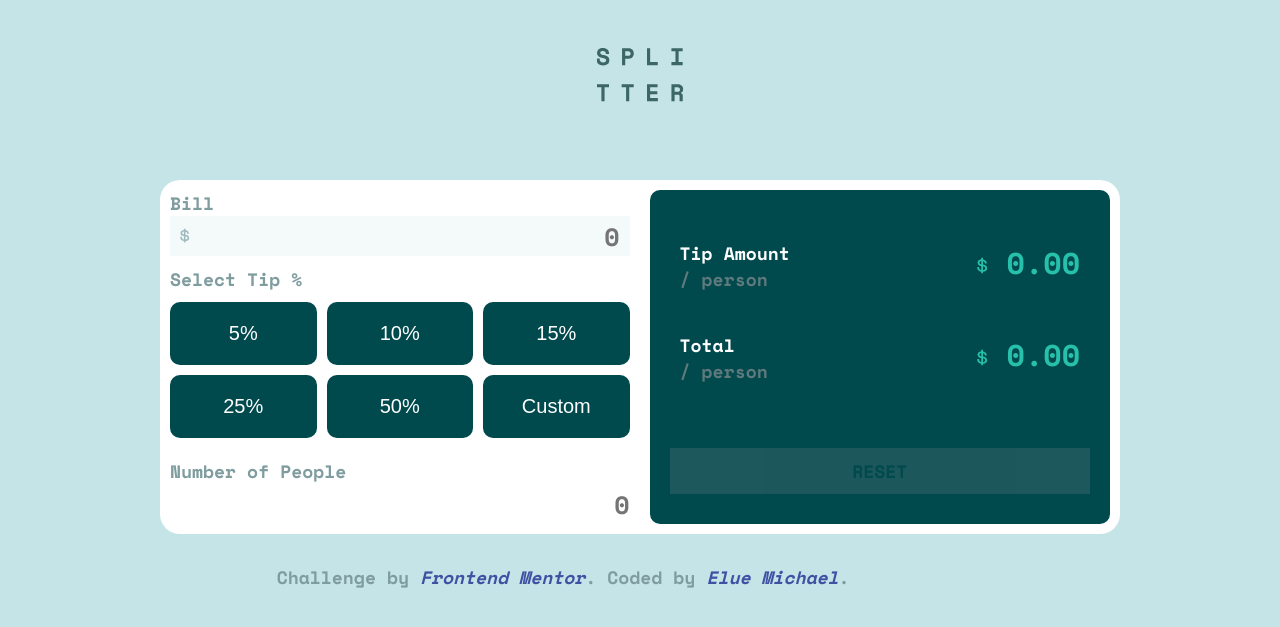
Repository: MeekyBerry/Frontend-Mentor-Challenges
Page: tip-calculator-app/index.html
An editor plug-in stored every save of this project. The page is shown before and after a run of saves, followed by the edit.
The browser window is 1280 px wide. The pictures show the whole page.

Above is the page before, as saved 2023-03-28 03:43:17.

### tip-calculator-app/index.html
<!DOCTYPE html>
<html lang="en">

<head>
  <meta charset="UTF-8">
  <meta name="viewport" content="width=device-width, initial-scale=1.0">
  <link rel="icon" type="image/png" sizes="32x32" href="./css/images/favicon-32x32.png">
  <title> Tip calculator app</title>
  <link rel="stylesheet" href="./css/style.css">
  <script src="./script.js" defer></script>
</head>

<body>
  <div class="heading-logo">
    <img src="./css/images/logo.svg" alt="Logo" class="logo">
  </div>

  <form id="form" class="background">
    <div class="first-container">
      <div class="bill-container">
        <label for="bill">Bill</label>
        <!-- <div class="icon-box"> -->
            <!-- <img src="./css/images/icon-dollar.svg" alt="Dollar Icon"> -->
          <input type="number" id="bill" placeholder="0" class="bill-input__img input-bar">
        <!-- </div> -->
      </div>

      <div class="tip">
        <div>Select Tip %</div>
        <div class="percent-container">
          <button type="button" class="percent five">5%</button>
          <button type="button" class="percent ten">10%</button>
          <button type="button" class="percent fiftheen">15%</button>
          <button type="button" class="percent twenty-five">25%</button>
          <button type="button" class="percent fifty">50%</button>
          <button type="button" class="percent custom" id="cst-btn">Custom</button>
        </div>
      </div <div>
      <label for="number">Number of People</label>
      <div class="icon-box">
        <!-- <div>
          <img src="./css/images/icon-person.svg" alt="Person Icon">
        </div> -->
        <input type="number" id="people" class="people-input__img input-bar" placeholder="0">
      </div>
    </div>
    </div>

    <div class="second-container">
      <div class="amount">
        <p>Tip Amount <span class="person">/ person</span></p>
        <div class="digit">
          <svg xmlns="http://www.w3.org/2000/svg" width="11" height="17">
            <path fill="var(--Strong-cyan)"
              d="M6.016 16.328v-1.464c1.232-.08 2.22-.444 2.964-1.092.744-.648 1.116-1.508 1.116-2.58v-.144c0-.992-.348-1.772-1.044-2.34-.696-.568-1.708-.932-3.036-1.092V4.184c.56.144 1.012.4 1.356.768.344.368.516.816.516 1.344v.288h1.824v-.432c0-.448-.088-.876-.264-1.284a3.783 3.783 0 00-.744-1.116A4.251 4.251 0 007.54 2.9a5.324 5.324 0 00-1.524-.492V.872H4.288V2.36a5.532 5.532 0 00-1.416.324c-.448.168-.84.392-1.176.672-.336.28-.604.616-.804 1.008-.2.392-.3.844-.3 1.356v.144c0 .96.316 1.708.948 2.244.632.536 1.548.884 2.748 1.044v3.912c-.704-.16-1.248-.472-1.632-.936-.384-.464-.576-1.08-.576-1.848v-.288H.256v.576c0 .464.08.924.24 1.38.16.456.404.88.732 1.272.328.392.744.728 1.248 1.008s1.108.476 1.812.588v1.512h1.728zM4.288 7.424c-.688-.128-1.164-.332-1.428-.612-.264-.28-.396-.644-.396-1.092 0-.464.176-.832.528-1.104.352-.272.784-.448 1.296-.528v3.336zm1.728 5.712V9.344c.768.128 1.328.328 1.68.6.352.272.528.688.528 1.248 0 .544-.196.984-.588 1.32-.392.336-.932.544-1.62.624z" />
          </svg>
          <span id="tip-amount">0.00</span>
        </div>
      </div>

      <div class="amount">
        <p>Total <span class="person">/ person</span></p>
        <div class="digit">
          <svg xmlns="http://www.w3.org/2000/svg" width="11" height="17">
            <path fill="var(--Strong-cyan)"
              d="M6.016 16.328v-1.464c1.232-.08 2.22-.444 2.964-1.092.744-.648 1.116-1.508 1.116-2.58v-.144c0-.992-.348-1.772-1.044-2.34-.696-.568-1.708-.932-3.036-1.092V4.184c.56.144 1.012.4 1.356.768.344.368.516.816.516 1.344v.288h1.824v-.432c0-.448-.088-.876-.264-1.284a3.783 3.783 0 00-.744-1.116A4.251 4.251 0 007.54 2.9a5.324 5.324 0 00-1.524-.492V.872H4.288V2.36a5.532 5.532 0 00-1.416.324c-.448.168-.84.392-1.176.672-.336.28-.604.616-.804 1.008-.2.392-.3.844-.3 1.356v.144c0 .96.316 1.708.948 2.244.632.536 1.548.884 2.748 1.044v3.912c-.704-.16-1.248-.472-1.632-.936-.384-.464-.576-1.08-.576-1.848v-.288H.256v.576c0 .464.08.924.24 1.38.16.456.404.88.732 1.272.328.392.744.728 1.248 1.008s1.108.476 1.812.588v1.512h1.728zM4.288 7.424c-.688-.128-1.164-.332-1.428-.612-.264-.28-.396-.644-.396-1.092 0-.464.176-.832.528-1.104.352-.272.784-.448 1.296-.528v3.336zm1.728 5.712V9.344c.768.128 1.328.328 1.68.6.352.272.528.688.528 1.248 0 .544-.196.984-.588 1.32-.392.336-.932.544-1.62.624z" />
          </svg>
          <span id="total-amount">0.00</span>
        </div>
      </div>
      <div class="btn-wrapper">
        <button type="reset" id="reset" class="btn">Reset</button>
      </div>
    </div>
  </form>

  <div class="attribution">
    Challenge by <a href="https://www.frontendmentor.io?ref=challenge" target="_blank">Frontend Mentor</a>.
    Coded by <a href="https://www.frontendmentor.io/profile/MeekyBerry" target="_blank">Elue Michael</a>.
  </div>
</body>

</html>

### tip-calculator-app/css/style.css
@import url("https://fonts.googleapis.com/css2?family=Space+Mono:wght@400;700&display=swap");

:root {
  /* ### Primary */
  --Strong-cyan: hsl(172, 67%, 45%);
  /* ### Neutral */
  --Very-dark-cyan: hsl(183, 100%, 15%);
  --Dark-grayish-cyan: hsl(186, 14%, 43%);
  --Grayish-cyan: hsl(184, 14%, 56%);
  --Light-grayish-cyan: hsl(185, 41%, 84%);
  --Very-light-grayish-cyan: hsl(189, 41%, 97%);
  --White: hsl(0, 0%, 100%);
  --dark-blue: hsl(228, 45%, 44%);
}

html {
  font-size: 50%;
}

*,
::before,
::after {
  margin: 0;
  padding: 0;
  box-sizing: border-box;
}

body {
  font-size: 1.8rem;
  font-family: "Space Mono", sans-serif;
  font-weight: 700;
  background-color: var(--Light-grayish-cyan);
  color: var(--Grayish-cyan);
  height: 100%;
  width: 100%;
}

.heading-logo {
  height: 15rem;
  width: 100%;
  position: relative;
}

.logo {
  position: absolute;
  top: 50%;
  left: 50%;
  transform: translate(-50%, -50%);
}

.background {
  display: flex;
  flex-direction: column;
  justify-content: space-around;
  background-color: var(--White);
  height: 80rem;
  width: 100%;
  border-radius: 2rem;
}

label {
  display: block;
}

.input-bar {
  width: 100%;
  height: 4rem;
  border: none;
  font-size: 2.5rem;
  font-family: "Space Mono", sans-serif;
  font-weight: 700;
  text-align: end;
}

.input-bar:focus {
  outline-color: var(--Strong-cyan);
}

.input-bar::placeholder {
  text-align: end;
}

.bill-input__img {
  background: url(../css/images/icon-dollar.svg) no-repeat;
  background-size: 1rem;
  background-position: 1rem;
  padding: 0 1rem 0 3rem;
  background-color: var(--Very-light-grayish-cyan);
}

/* Remove Arrows/Spinners ON INPUT */
input::-webkit-outer-spin-button,
input::-webkit-inner-spin-button {
  -webkit-appearance: none;
}

/* Firefox */
input[type="number"] {
  -moz-appearance: textfield;
}

.tip {
  padding: 1rem 0;
}

.percent-container {
  display: grid;
  grid-template-columns: repeat(2, 1fr);
  grid-template-rows: repeat(3, 1fr);
  grid-template-areas:
    "five ten"
    "fiftheen twentyFive"
    "fifty custom";
  gap: 1rem;
  padding: 1rem 0;
}

.percent {
  background-color: var(--Very-dark-cyan);
  color: var(--White);
  text-align: center;
  padding: 2rem;
  border-radius: 1rem;
  border: none;
  font-size: 2rem;
  width: 100%;
}

.percent:active {
  background-color: var(--Strong-cyan);
  color: var(--Very-dark-cyan);
  font-weight: 700;
}

.five {
  grid-area: five;
}

.ten {
  grid-area: ten;
}

.fiftheen {
  grid-area: fiftheen;
}

.twenty-five {
  grid-area: twentyFive;
}

.fifty {
  grid-area: fifty;
}

.custom {
  grid-area: custom;
}

.custom-input {
  background-color: var(--Very-light-grayish-cyan);
  color: var(--Very-dark-cyan);
  border: none;
  border-radius: 1rem;
  padding: 1rem;
  font-size: 2rem;
  font-weight: 700;
  text-align: center;
  width: 100%;
}

.custom-input:focus {
  outline-color: var(--Strong-cyan);
}

.second-container {
  background-color: var(--Very-dark-cyan);
  border-radius: 1rem;
  padding: 3rem 2rem;
}

.amount {
  display: flex;
  justify-content: space-between;
  padding: 2rem 1rem;
}

p {
  color: var(--White);
}

.person {
  display: block;
  font-size: 1.8rem;
  color: var(--Dark-grayish-cyan);
}

.digit {
  color: var(--Strong-cyan);
  font-size: 3rem;
}

.dollar {
  filter: var(--Strong-cyan);
}

.btn {
  width: 100%;
  padding: 1rem;
  background-color: var(--Dark-grayish-cyan);
  color: var(--Very-dark-cyan);
  border: none;
  text-transform: uppercase;
  font-size: 1.8rem;
  font-weight: 700;
  font-family: "Space Mono", sans-serif;
  opacity: 0.3;
}

.attribution {
  font-size: 1.8rem;
  text-align: center;
  width: 88%;
}

.attribution a {
  color: var(--dark-blue);
  text-decoration: none;
  font-style: italic;
}

@media only screen and (min-width: 1000px) {
  html {
    font-size: 62.5%;
  }

  .background {
    width: 75%;
    height: 75%;
    margin: 3rem auto;
    flex-direction: row;
    gap: 2rem;
    padding: 1rem;
  }

  .first-container {
    display: flex;
    flex-direction: column;
    justify-content: space-around;
    width: 50%;
  }

  .percent-container {
    grid-template-columns: repeat(3, 1fr);
    grid-template-rows: repeat(2, 1fr);
    grid-template-areas:
      "five ten fiftheen"
      "twentyFive fifty custom";
  }

  .second-container {
    display: flex;
    flex-direction: column;
    width: 50%;
  }

  .btn-wrapper {
    margin-top: auto;
  }
}

### tip-calculator-app/script.js
// 1. Get the bill amount from the input field
const billInput = document.getElementById('bill');
// 2. Get the tip percentage from the Button array
const tipButtons = document.querySelectorAll('.percent');
// 2.1. The percentage array contains a Custom button which toggles to input field when clicked
const customButton = document.querySelector('.custom');
// 2.2. Get the custom percentage from the input field
const customInput = document.createElement('input');
// Add style class to created customInput element
customInput.classList.add('custom-input');
// 3. Get the number of people from the input field
const peopleInput = document.getElementById('people')
// 4. Calculate the tip amount per person;
const tipAmountSpan = document.getElementById('tip-amount');
// 5. Calculate the total cost per person
const totalAmountSpan = document.getElementById('total-amount');
// 6. Display the tip amount per person
const resetButton = document.getElementById('reset');


let bill = 0;
let tipPercentage = 0;
let customPercentage = 0;
let people = 0;

let inputPeople = false;
let error = true;

// add input validation for bill and people fields
billInput.addEventListener('input', () => {
    bill = Number(billInput.value);
    calculateTip();
});

peopleInput.addEventListener('input', () => {
    people = Number(peopleInput.value);
    calculateTip();
});

// add event listeners for tip buttons
tipButtons.forEach(button => {
    button.addEventListener('click', () => {
        if (button.classList.contains('custom')) {
            customInput.type = 'number';
            customInput.min = 1;
            customInput.placeholder = 'Custom';
            customInput.value = '';
            customInput.classList.add('custom-input');
            button.parentNode.replaceChild(customInput, button);
            customInput.focus();
        } else {
            tipPercentage = Number(button.textContent.replace('%', ''));
            calculateTip();
        }
    });
});

// add event listener for custom input
customInput.addEventListener('input', () => {
    customPercentage = Number(customInput.value);
    calculateTip();
});

// add event listener for reset button
resetButton.addEventListener('click', () => {
    billInput.value = '';
    peopleInput.value = '';
    tipAmountSpan.textContent = '$0.00';
    totalAmountSpan.textContent = '$0.00';
    bill = 0;
    tipPercentage = 0;
    customPercentage = 0
    people = 0;
    customInput.parentNode.replaceChild(customButton, customInput);
});

// calculate tip and total amount
const calculateTip = () => {
    if (people > 0) {
        inputPeople = true;
        let tip = (bill * (tipPercentage + customPercentage)) / 100;
        let total = bill + tip;
        let tipPerPerson = tip / people;
        let totalPerPerson = total / people;
        tipAmountSpan.textContent = `$${tipPerPerson.toFixed(2)}`;
        totalAmountSpan.textContent = `$${totalPerPerson.toFixed(2)}`;
    }
};







// const BILL = document.querySelector('.bill-input');
// const TIP_PERCENT = document.querySelectorAll('.percent');
// const PEOPLE = document.querySelector('.number-input');
// const TOTAL_BILL = document.getElementById('total');
// const TIP_AMOUNT = document.getElementById('tip-amount');
// const CUSTOM = document.querySelector('.custom');
// const CUSTOM_BUTTON = document.getElementById('cst-btn')
// const CUSTOM_INPUT = document.getElementById('cst-input')
// const RESET = document.getElementById('reset');

// let billValue;
// let person;
// let customValue;
// let custom = 0;

// let myArray = [5, 10, 15, 25, 50, custom];
// let tipAmount = 0;

// let error = true;
// let inputPeople = false;

// const calculateHandler = () => {
//     if (inputPeople) {
//         let amount = (billValue + tipAmount) / person;
//         TOTAL_BILL.textContent = `${amount.toFixed(2)}`;
//     }
// };

// BILL.addEventListener('change', () => {
//     error = !error;
//     billValue = parseFloat(BILL.value);
//     TIP_PERCENT.forEach((el, idx) => {
//         let percent = myArray[idx];
//         el.addEventListener('click', (e) => {
//             let target = e.target;
//             if (target.classList.contains('percent')) {
//                 let percent = parseFloat(target.textContent);
//                 if (isNaN(percent)) {
//                     percent = customValue;
//                 } else {
//                     customValue = 0;
//                 }
//                 // if (CUSTOM.firstElementChild === CUSTOM_INPUT && idx === 5) {
//                 //     CUSTOM_INPUT.addEventListener('change', () => {
//                 //         customValue = parseFloat(CUSTOM_INPUT.value);
//                 //         tipAmount = CUSTOM_INPUT.value * (percent / 100);
//                 //         TIP_AMOUNT.textContent = `${tipAmount.toFixed(2)}`;
//                 //         calculateHandler();
//                 //     })
//                 // }
//                 tipAmount = billValue * (percent / 100);
//                 TIP_AMOUNT.textContent = `${tipAmount.toFixed(2)}`;
//                 calculateHandler();
//             }
//         });
//     });
// });


//     // billValue = +BILL.value;
//     // TIP_PERCENT.forEach((el, idx) => {
//     //     let percent = myArray[idx];
//     //     el.addEventListener('click', () => {
//     //         if (CUSTOM.firstElementChild === CUSTOM_INPUT && idx === 5) {
//     //             CUSTOM_INPUT.addEventListener('change', () => {
//     //                 customValue = +CUSTOM_INPUT.value;
//     //                 tipAmount = CUSTOM_INPUT.value * (+percent / 100);
//     //                 TIP_AMOUNT.textContent = `${tipAmount.toFixed(2)}`;
//     //                 calculateHandler();
//     //             })
//     //         }
//     //         tipAmount = BILL.value * (+percent / 100);
//     //         TIP_AMOUNT.textContent = `${tipAmount}`;
//     //         calculateHandler();
//     //     });
//     // });

// // TIP_PERCENT.addEventListener('click', (e) => {
// //     let target = e.target;
// //     if (target.classList.contains('percent')) {
// //       let percent = parseFloat(target.textContent);
// //       if (isNaN(percent)) {
// //         percent = customValue;
// //       } else {
// //         customValue = 0;
// //       }
// //       tipAmount = billValue * (percent / 100);
// //       TIP_AMOUNT.textContent = `${tipAmount.toFixed(2)}`;
// //       calculateHandler();
// //     }
// //   });


// PEOPLE.addEventListener('input', () => {
//     // inputPeople = !inputPeople;
//     // person = +PEOPLE.value;
//     // if (!error) {
//     //     calculateHandler();
//     // }
//  inputPeople = true;
//   person = parseFloat(PEOPLE.value);
//   if (!error && person > 0) {
//     calculateHandler();
//   } else {
//     TOTAL_BILL.textContent = '0.00';
//   }
// });

// CUSTOM.addEventListener('click', () => {
//     // if (CUSTOM.firstElementChild === CUSTOM_BUTTON) {
//     //     CUSTOM.innerHTML = `<input type="number" id="cst-input" class="percent cst" />`
//     // }
//     if (CUSTOM.firstElementChild === CUSTOM_BUTTON) {
//         // CUSTOM.innerHTML = `<input type="number" id="cst-input" class="percent cst" />`
//         CUSTOM.innerHTML = `<input type="number" class="percent cst" />`;
//         CUSTOM_INPUT.addEventListener('change', () => {
//           customValue = parseFloat(CUSTOM_INPUT.value);
//           TIP_PERCENT.lastElementChild.textContent = `${customValue}%`;
//           tipAmount = billValue * (customValue / 100);
//           TIP_AMOUNT.textContent = `${tipAmount.toFixed(2)}`;
//           calculateHandler();

//         });
//       }
// })

// RESET.addEventListener('click', () => {
//     // BILL.value = '';
//     // PEOPLE.value = '';
//     // TIP_AMOUNT.textContent = '0.00';
//     // TOTAL_BILL.textContent = '0.00';
//     CUSTOM.innerHTML = `<button id="cst-btn" class="percent cst">Custom</button>`;
//     BILL.value = '';
//     PEOPLE.value = '';
//     TIP_AMOUNT.textContent = '0.00';
//     TOTAL_BILL.textContent = '0.00';
//     inputPeople = false;
//     customValue = 0;
//     tipAmount = 0;
// });

After the next 2 saves:
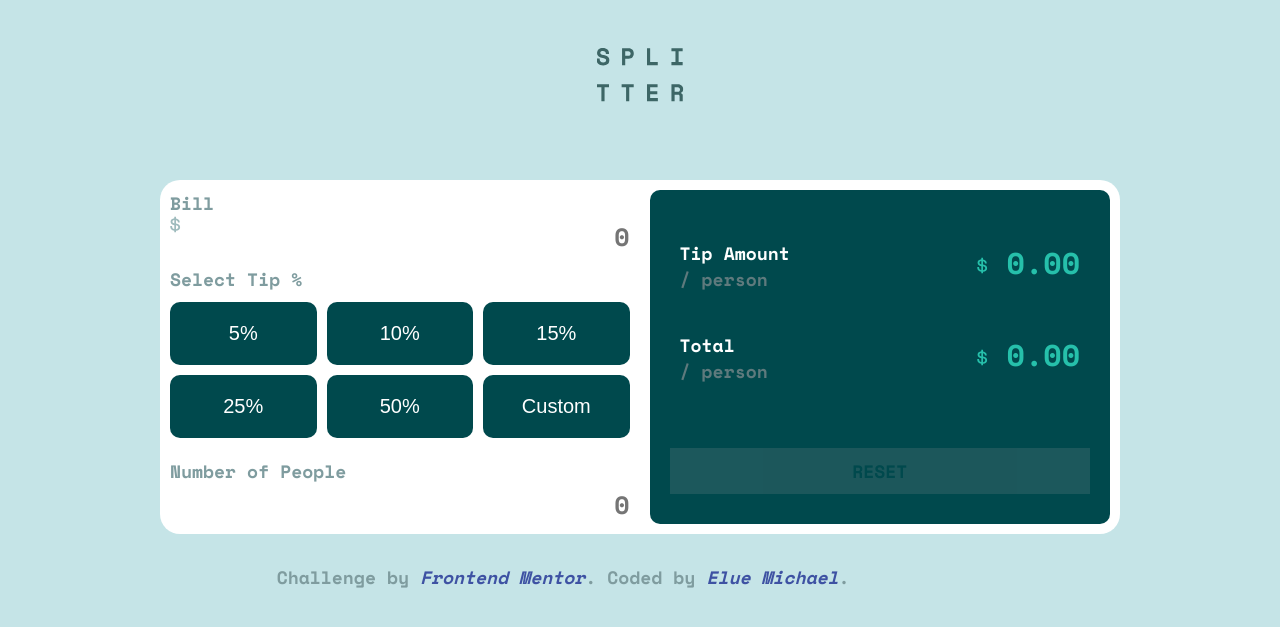
The 2 saves are shown as one change because they came seconds apart.
The last was saved 60 s later.
--- a/tip-calculator-app/css/style.css
+++ b/tip-calculator-app/css/style.css
@@ -82,11 +82,10 @@ label {
 
 .bill-input__img {
   background: url(../css/images/icon-dollar.svg) no-repeat;
-  background-size: 1rem;
-  background-position: 1rem;
-  padding: 0 1rem 0 3rem;
-  background-color: var(--Very-light-grayish-cyan);
-}
+
+}
+
+
 
 /* Remove Arrows/Spinners ON INPUT */
 input::-webkit-outer-spin-button,
